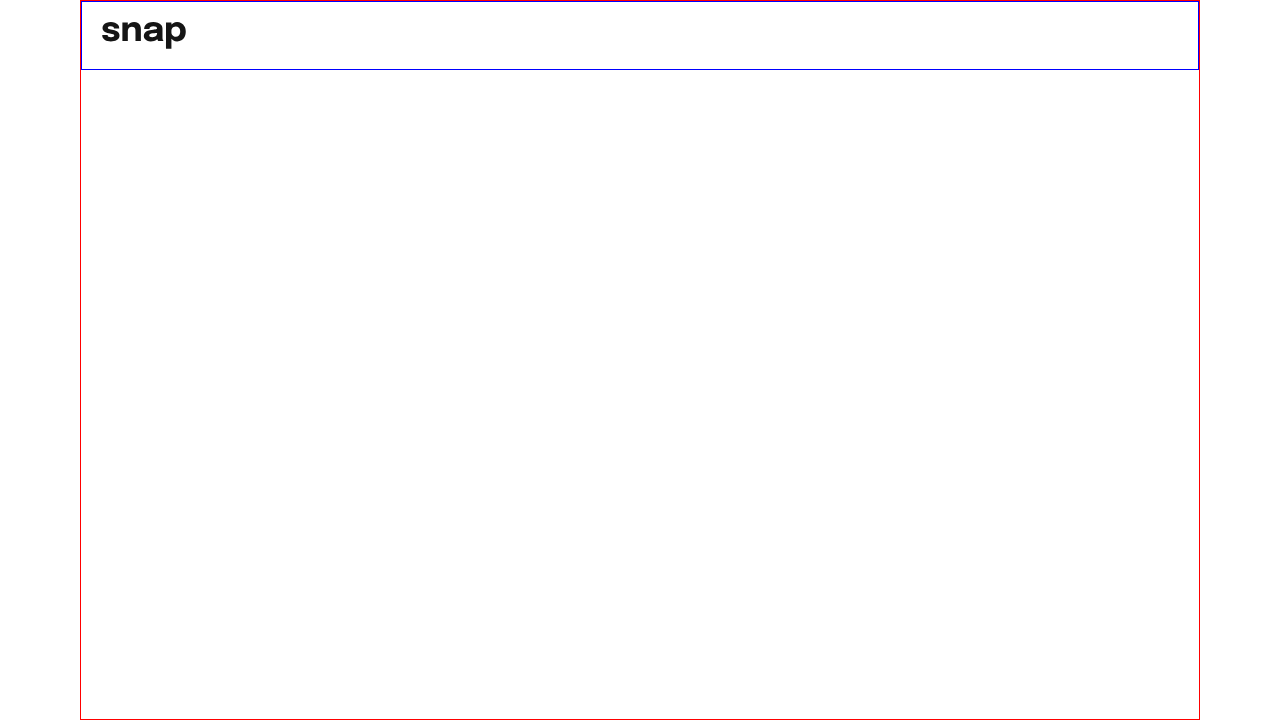
Repository: KamoliddinGIT/intro-section-with-dropdown
Page: index.html
The author's editor kept a copy of each file at every save. The page is drawn from the files as they stood at one save, then again after the next save.
The browser window is 1280 px wide. The pictures show the whole page.

Above is the page before, as saved 2023-09-18 20:10:42.

After the next save:
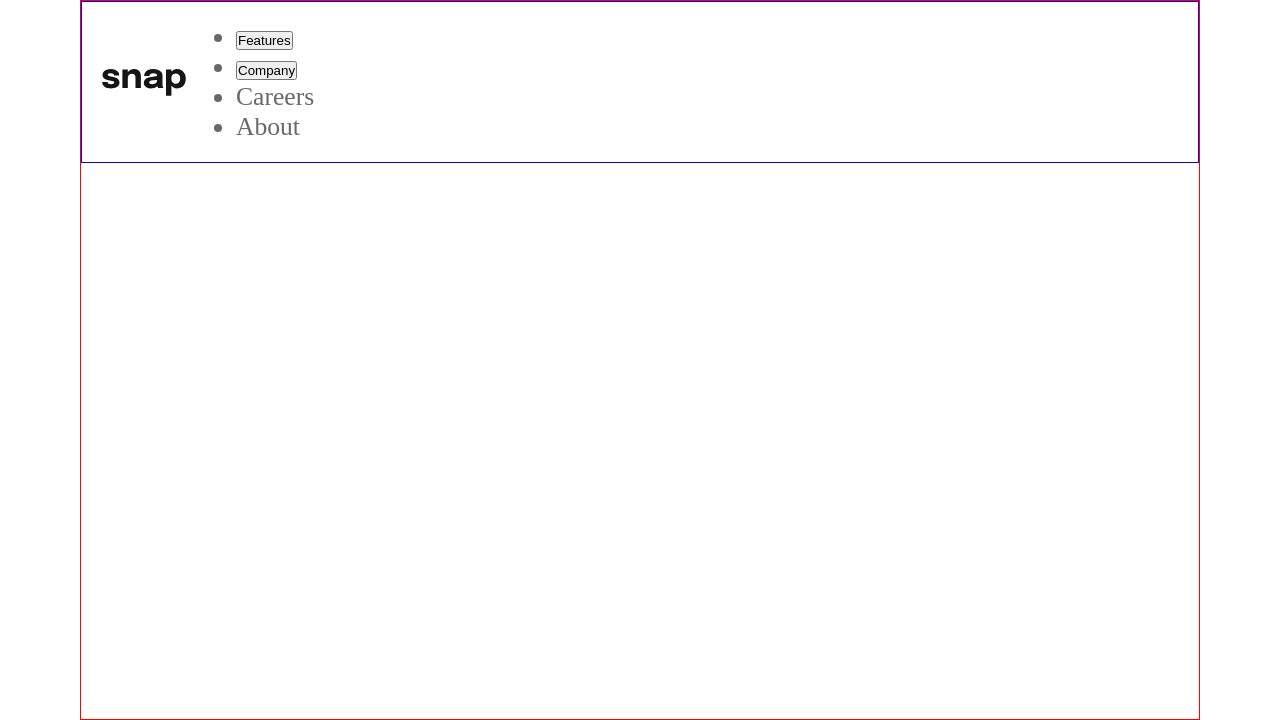
Saved 7 min 30 s later.
--- a/index.html
+++ b/index.html
@@ -15,7 +15,13 @@
   <body>
     <div class="container">
       <div class="header">
-        <img src="./images/logo.svg" alt="logo" />
+        <img src="./images/logo.svg" alt="logo" class="logo" />
+        <ul>
+          <li><button>Features</button></li>
+          <li><button>Company</button></li>
+          <li>Careers</li>
+          <li>About</li>
+        </ul>
       </div>
     </div>
   </body>
